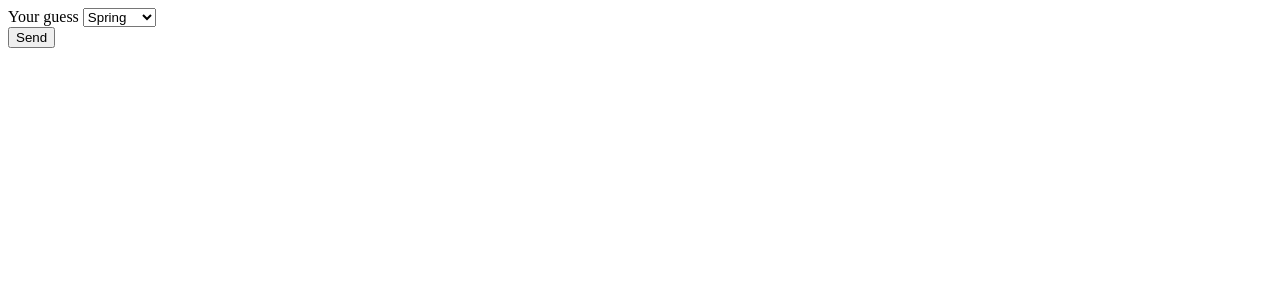
Repository: LSViana/IFSP-Technical
Page: http://localhost/ServletIntro/DiceRoller.jsp
The author's editor kept a copy of each file at every save. The page is drawn from the files as they stood at one save, then again after the next save.
The browser window is 1280 px wide. The pictures show the whole page.
The page is served by Tomcat 9.

Above is the page before, as saved 2018-10-16 10:48:36.

After the next save:
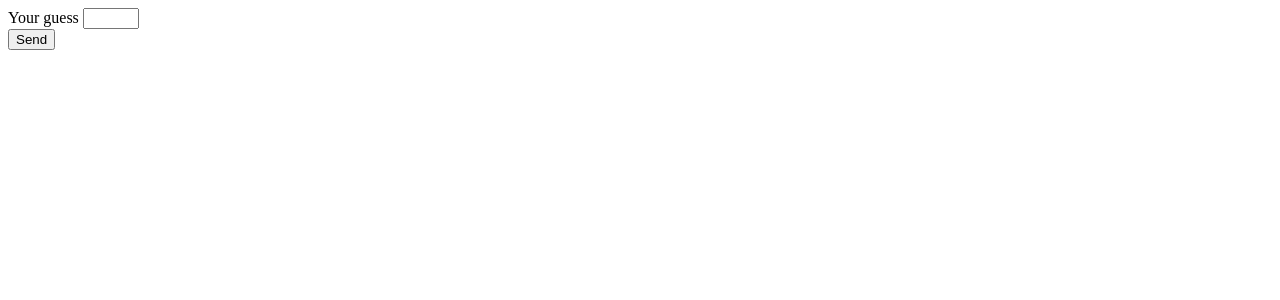
Saved 24 s later.
--- a/LP2/Bimester 4/eclipse-workspace/ServletIntro/WebContent/DiceRoller.jsp
+++ b/LP2/Bimester 4/eclipse-workspace/ServletIntro/WebContent/DiceRoller.jsp
@@ -10,12 +10,7 @@
  <form action="DiceRoller" method="POST">
  	<div>
  		<label>Your guess</label>
- 		<select name="userGuess">
- 			<option value="spring">Spring</option>
- 			<option value="summer">Summer</option>
- 			<option value="winter">Winter</option>
- 			<option value="autumn">Autumn</option>
- 		</select>
+ 		<input type="number" min="2" max="12" name="userGuess">
  	</div>
  	<button type="submit">Send</button>
  </form>
